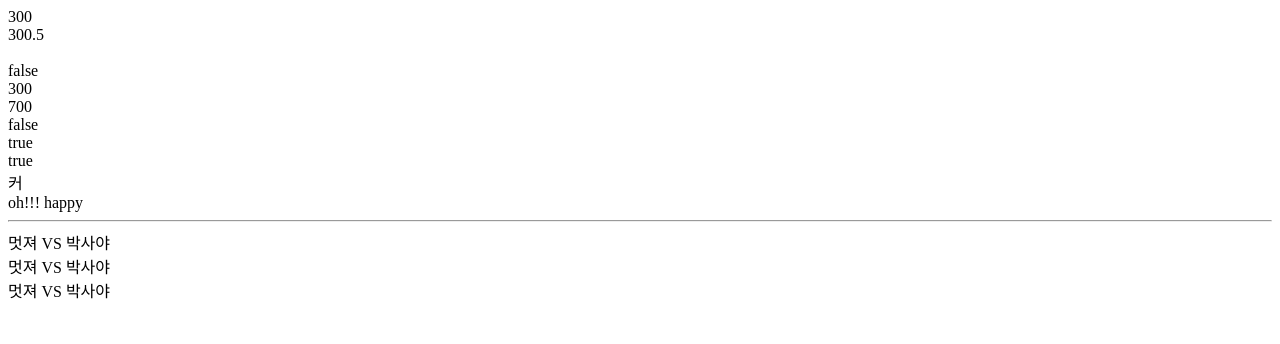
Repository: codingidot/test111
Page: http://localhost/JSP3/NewFile2.jsp
An editor plug-in stored every save of this project. The page is shown before and after the next save, followed by the edit.
The browser window is 1280 px wide. The pictures show the whole page.
The page is served by Tomcat 9.

Above is the page before, as saved 2022-05-27 00:27:24.

After the next save:
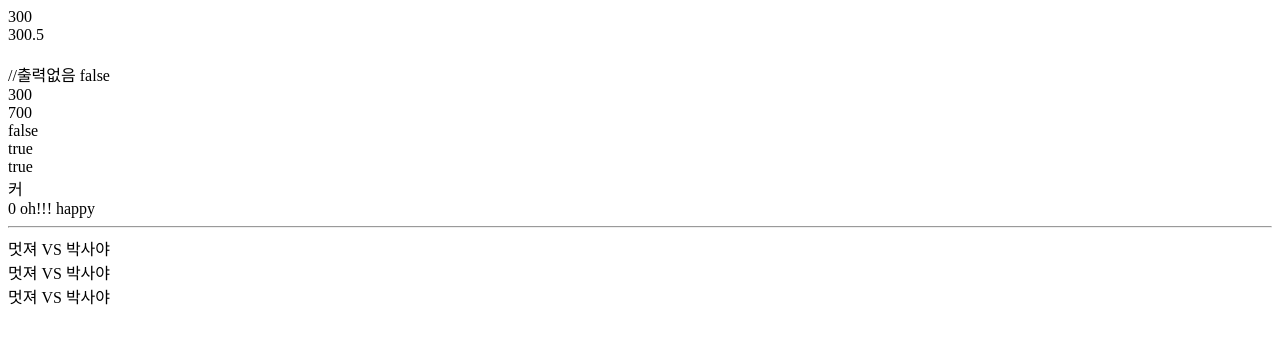
Saved 2 min 16 s later.
--- a/JSP3/src/main/webapp/NewFile2.jsp
+++ b/JSP3/src/main/webapp/NewFile2.jsp
@@ -9,7 +9,7 @@
 <body>
 ${300}<br>
 ${300.5} <br>
-${null} <br>
+${null} <br> //출력없음
 ${false} <br>
 ${100+200} <br>
 ${100*7} <br>
@@ -17,6 +17,7 @@
 ${50==50} <br>
 ${50 eq 50} <br>
 ${(100>3)? "커":"작어"} <br>
+${50 mod 5 }
 ${"oh!!! happy"} <br>
 <hr>
 ${"멋져 VS 박사야"} <br>
